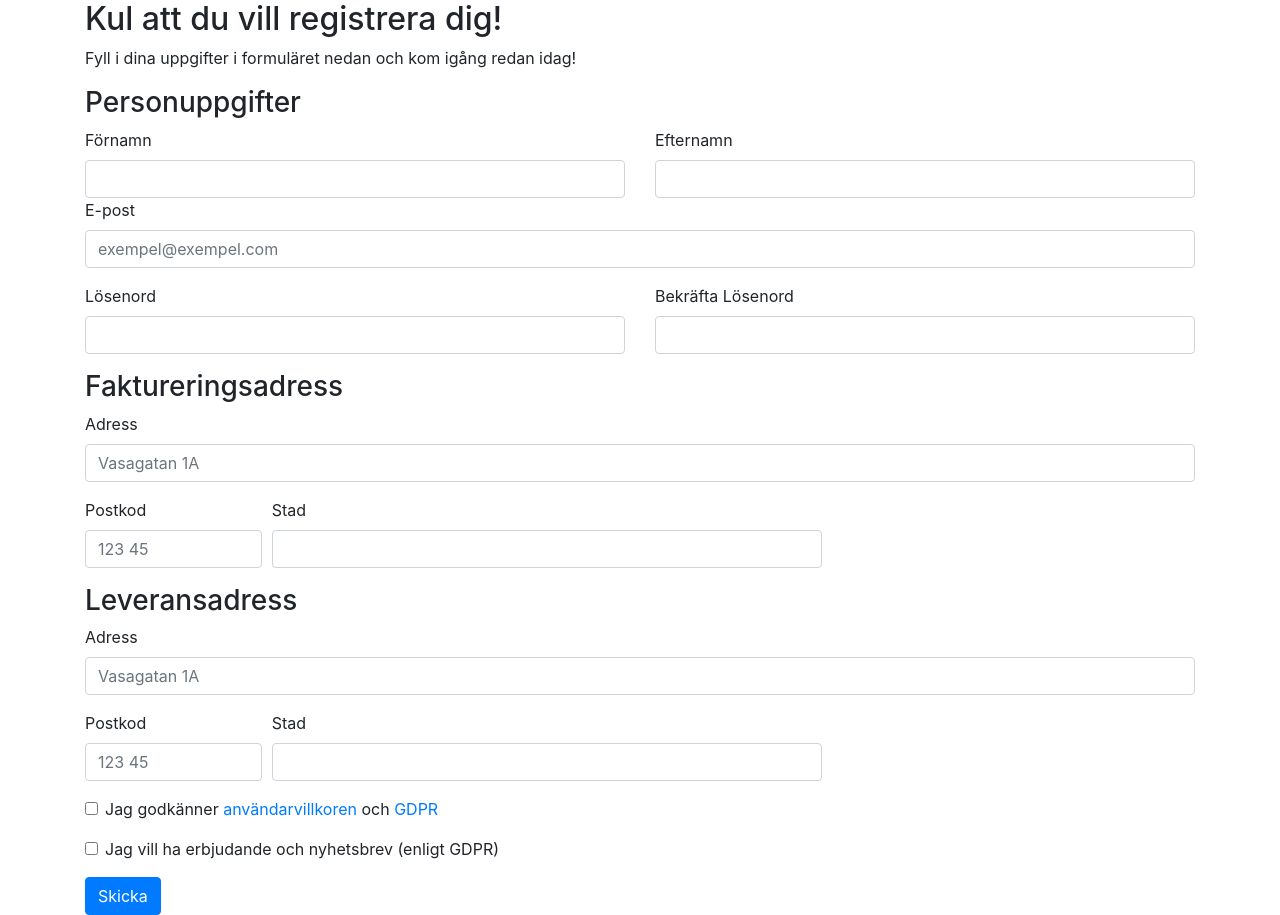
Repository: skepp4rn/Liamsuppgift3
Page: index.html
An editor plug-in stored every save of this project. The page is shown before and after the next save, followed by the edit.
The browser window is 1280 px wide. The pictures show the whole page.
Some web libraries are served in a nearby version.

Above is the page before, as saved 2020-12-06 12:58:35.
Not found: css/style.min.css

### index.html
<!DOCTYPE html>
<html lang="sv">
<head>
    <meta charset="UTF-8">
    <meta name="viewport" content="width=device-width, initial-scale=1.0">

    <script src="https://kit.fontawesome.com/ef4c0722a8.js" crossorigin="anonymous"></script>
    <link rel="stylesheet" href="https://cdn.jsdelivr.net/npm/bootstrap@4.5.3/dist/css/bootstrap.min.css" integrity="sha384-TX8t27EcRE3e/ihU7zmQxVncDAy5uIKz4rEkgIXeMed4M0jlfIDPvg6uqKI2xXr2" crossorigin="anonymous">
    <link rel="stylesheet" href="css/style.min.css">

    <title>Registrera dig</title>
</head>
<body>
    <section class="container">
        <div class="centrerade">
            <div class="welcome">
                <h2>Kul att du vill registrera dig!</h2>
                <p>Fyll i dina uppgifter i formuläret nedan och kom igång redan idag!</p>
            </div>
        </div>
    </section>
    <form class="container" oninput='up2.setCustomValidity(up2.value != up.value ? "Passwords do not match." : "")'>
        <div class="linje"></div>
        <div>
            <h3>Personuppgifter</h3>
        </div>
        <div class="row">
            <div class="col">
                <label for="firstname">Förnamn</label>
                <input id="firstname" type="text" class="form-control" required>
            </div>
            <div class="col">
                <label for="lastname">Efternamn</label>
                <input id="lastname" type="text" class="form-control" required>
            </div>
        </div>
        <div class="form-group">
            <label for="exampleInputEmail1">E-post</label>
            <input type="email" class="form-control" id="exampleInputEmail1" aria-describedby="emailHelp" placeholder="exempel@exempel.com" required>
        </div>
        <div class="row">
            <div class="col">
                <div class="form-group">
                    <label for="exampleInputPassword1">Lösenord</label>
                    <input type="password" class="form-control" name="up" id="exampleInputPassword1" required>
                </div>
            </div>
            <div class="col">
                <div class="form-group space">
                    <label for="exampleInputPassword2">Bekräfta Lösenord</label>
                    <input type="password" class="form-control" name="up2" id="exampleInputPassword2" required>
                </div>
            </div>
        </div>
        <div class="linje"></div>
        <div>
            <h3>Faktureringsadress</h3>
        </div>
        <div class="form-group">
            <label for="inputAddress">Adress</label>
            <input type="text" class="form-control" id="inputAddress" placeholder="Vasagatan 1A" required>
        </div>
        <div class="form-row">
            <div class="form-group col-md-2">
                <label for="inputZip">Postkod</label>
                <input type="text" class="form-control" id="inputZip" placeholder="123 45" required>
            </div>
            <div class="form-group col-md-6 bottenspace">
                <label for="inputCity">Stad</label>
                <input type="text" class="form-control" id="inputCity" required>
            </div>
        </div>
        <div class="linje"></div>
        <div>
            <h3>Leveransadress</h3>
        </div>
        <div class="form-group">
            <label for="inputAddress">Adress</label>
            <input type="text" class="form-control" id="inputAddress" placeholder="Vasagatan 1A" required>
        </div>
        <div class="form-row">
            <div class="form-group col-md-2">
                <label for="inputZip">Postkod</label>
                <input type="text" class="form-control" id="inputZip" placeholder="123 45" required>
            </div>
            <div class="form-group col-md-6 bottenspace">
                <label for="inputCity">Stad</label>
                <input type="text" class="form-control" id="inputCity" required>
            </div>
        </div>
        <div class="form-group form-check">
            <input type="checkbox" class="form-check-input" id="exampleCheck1" required>
            <label class="form-check-label" for="exampleCheck1">Jag godkänner <a class="linktext" href="anvandrarvillkor.html">användarvillkoren</a> och <a class="linktext" href="GDPR.html">GDPR</a></label>
        </div>
        <div class="form-group form-check">
            <input type="checkbox" class="form-check-input" id="exampleCheck2">
            <label class="form-check-label" for="exampleCheck1">Jag vill ha erbjudande och nyhetsbrev (enligt GDPR)</label>
        </div>
        <div class="centreradknapp">
            <button formaction="tacksida.html" type="submit" class="colorbutton btn btn-primary">Skicka</button>
        </div>
        <div class="whitespace"></div>
    </form>

    <script src="https://code.jquery.com/jquery-3.5.1.slim.min.js" integrity="sha384-DfXdz2htPH0lsSSs5nCTpuj/zy4C+OGpamoFVy38MVBnE+IbbVYUew+OrCXaRkfj" crossorigin="anonymous"></script>
    <script src="https://cdn.jsdelivr.net/npm/bootstrap@4.5.3/dist/js/bootstrap.bundle.min.js" integrity="sha384-ho+j7jyWK8fNQe+A12Hb8AhRq26LrZ/JpcUGGOn+Y7RsweNrtN/tE3MoK7ZeZDyx" crossorigin="anonymous"></script>
</body>
</html>

After the next save:
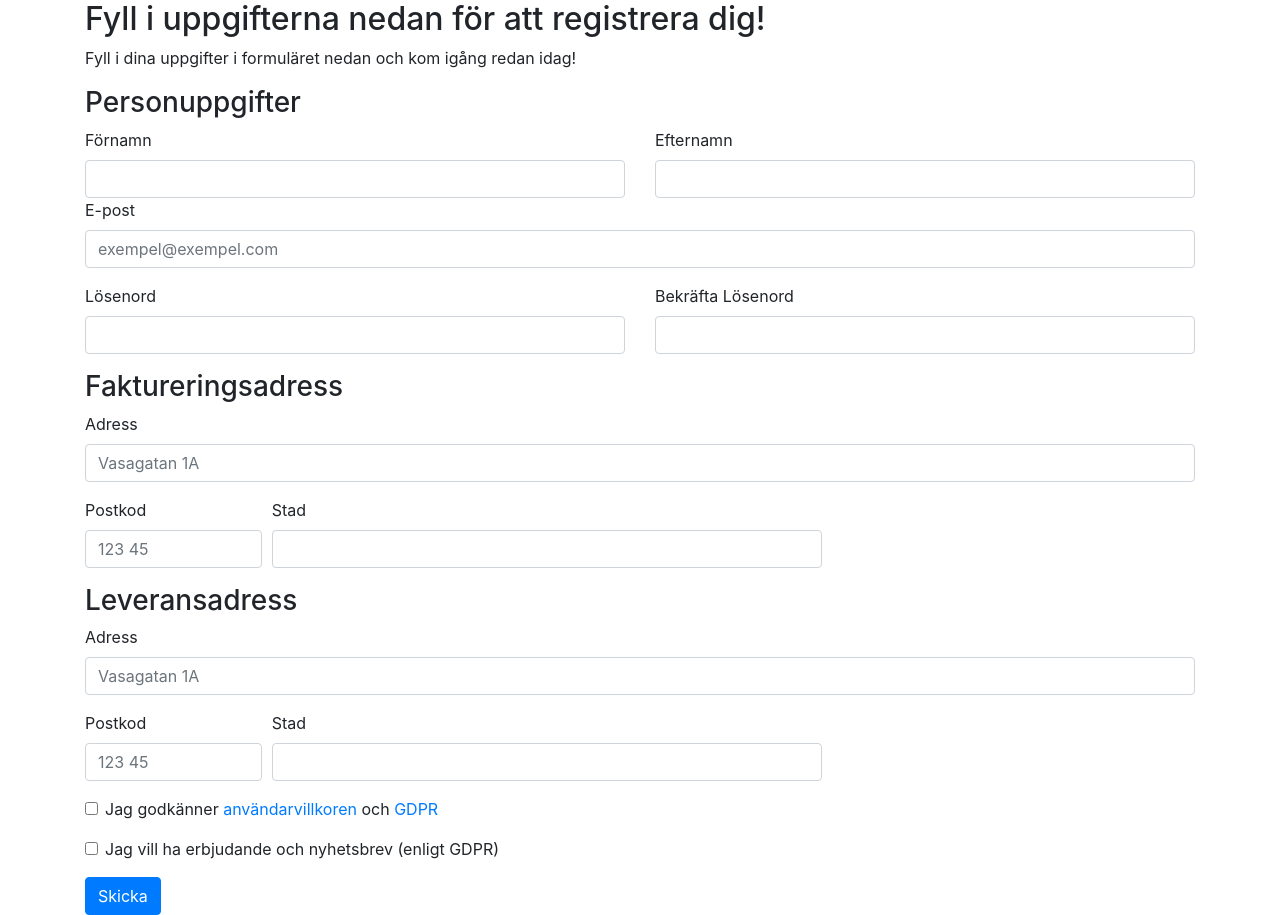
Saved 63 s later.
--- a/index.html
+++ b/index.html
@@ -14,7 +14,7 @@
     <section class="container">
         <div class="centrerade">
             <div class="welcome">
-                <h2>Kul att du vill registrera dig!</h2>
+                <h2>Fyll i uppgifterna nedan för att registrera dig!</h2>
                 <p>Fyll i dina uppgifter i formuläret nedan och kom igång redan idag!</p>
             </div>
         </div>
